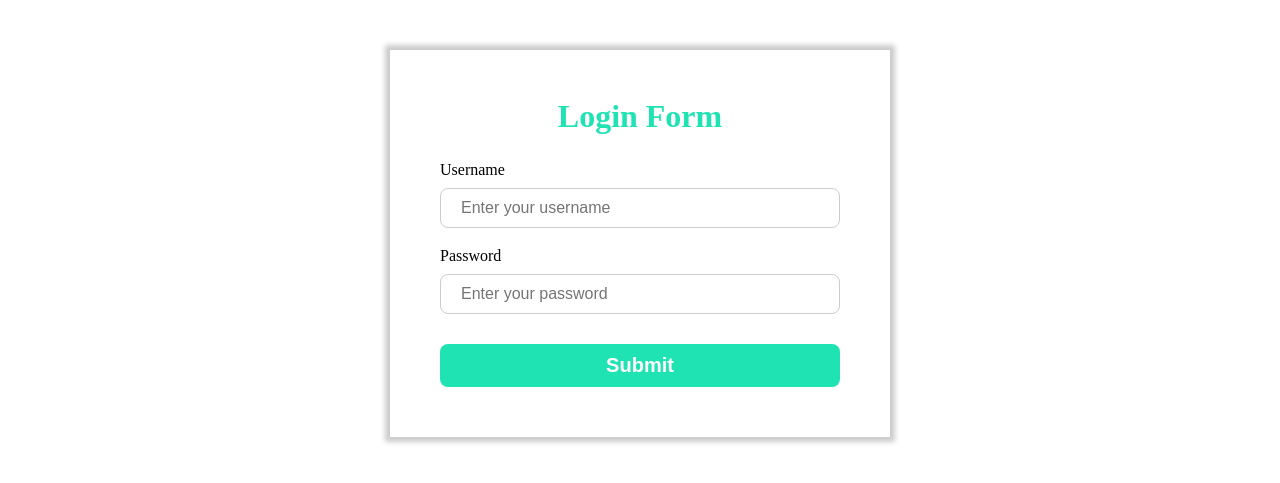
Repository: Trung0810/btl_cnpm_fe
Page: /
These files come from the project's save history. The page is drawn as it stood at one moment and after the next save; the edit follows.
The browser window is 1280 px wide. The pictures show the whole page.
The project was rebuilt for these pictures with package versions that can differ from the ones it lists, and the page was loaded fresh each time. Also part of the build but not shown: src/components/header/header.css, src/components/header/Header.js, src/components/footer/Footer.css, src/components/footer/Footer.js, src/components/shoes_list/ShoesCard.css, src/components/shoes_list/ShoesCard.js, src/components/shoes_list/ShoesList.css, src/components/shoes_list/ShoesList.js and 14 more.

Above is the page before, as saved 2026-03-31 09:13:12.

### public/index.html
<!doctype html>
<html lang="en">
  <head>
    <meta charset="utf-8" />
    <link rel="icon" href="%PUBLIC_URL%/favicon.ico" />
    <meta name="viewport" content="width=device-width, initial-scale=1" />
    <meta name="theme-color" content="#000000" />
    <meta
      name="description"
      content="Web site created using create-react-app"
    />
    <link rel="apple-touch-icon" href="%PUBLIC_URL%/logo192.png" />
    <!--
      manifest.json provides metadata used when your web app is installed on a
      user's mobile device or desktop. See https://developers.google.com/web/fundamentals/web-app-manifest/
    -->
    <link rel="manifest" href="%PUBLIC_URL%/manifest.json" />
    <!--
      Notice the use of %PUBLIC_URL% in the tags above.
      It will be replaced with the URL of the `public` folder during the build.
      Only files inside the `public` folder can be referenced from the HTML.

      Unlike "/favicon.ico" or "favicon.ico", "%PUBLIC_URL%/favicon.ico" will
      work correctly both with client-side routing and a non-root public URL.
      Learn how to configure a non-root public URL by running `npm run build`.
    -->
    <link rel="preconnect" href="https://fonts.googleapis.com" />
    <link rel="preconnect" href="https://fonts.gstatic.com" crossorigin />
    <link
      href="https://fonts.googleapis.com/css2?family=DM+Sans:ital,opsz,wght@0,9..40,100..1000;1,9..40,100..1000&family=Oswald:wght@200..700&display=swap"
      rel="stylesheet"
    />
    <title>React App</title>
  </head>
  <body>
    <noscript>You need to enable JavaScript to run this app.</noscript>
    <div id="root"></div>
    <!--
      This HTML file is a template.
      If you open it directly in the browser, you will see an empty page.

      You can add webfonts, meta tags, or analytics to this file.
      The build step will place the bundled scripts into the <body> tag.

      To begin the development, run `npm start` or `yarn start`.
      To create a production bundle, use `npm run build` or `yarn build`.
    -->
  </body>
</html>

### src/index.js
import React from "react";
import ReactDOM from "react-dom/client";
import App from "./App";
import reportWebVitals from "./reportWebVitals";
import "./index.css";
import "./reset.css";
import "@fortawesome/fontawesome-free/css/all.min.css";

const root = ReactDOM.createRoot(document.getElementById("root"));
root.render(
  <React.StrictMode>
    <App />
  </React.StrictMode>,
);

// If you want to start measuring performance in your app, pass a function
// to log results (for example: reportWebVitals(console.log))
// or send to an analytics endpoint. Learn more: https://bit.ly/CRA-vitals
reportWebVitals();

### src/App.js
import { Fragment } from "react";
import Header from "./components/header/Header";
import Footer from "./components/footer/Footer";
import HomePage from "./components/home_page/HomePage";
import ShoesPage from "./components/shoes_page/ShoesPage";
import LoginForm from "./components/login_form/LoginForm";
import "./App.css";

function App() {
  return (
    <Fragment>
      {/* <Header></Header>
      <HomePage></HomePage>
      <ShoesPage></ShoesPage>
      <Footer></Footer> */}
      <LoginForm></LoginForm>
    </Fragment>
  );
}

export default App;

### src/index.css
body {
  margin: 0;
  font-family:
    -apple-system, BlinkMacSystemFont, "Segoe UI", "Roboto", "Oxygen", "Ubuntu",
    "Cantarell", "Fira Sans", "Droid Sans", "Helvetica Neue", sans-serif;
  -webkit-font-smoothing: antialiased;
  -moz-osx-font-smoothing: grayscale;
  font-family: "DM Sans", sans-serif;
}
body::-webkit-scrollbar {
  display: none;
}
code {
  font-family:
    source-code-pro, Menlo, Monaco, Consolas, "Courier New", monospace;
}
* {
  box-sizing: border-box;
}

### src/components/login_form/LoginForm.js
import React from "react";
import { useForm } from "react-hook-form";
import { yupResolver } from "@hookform/resolvers/yup";
import * as yup from "yup";
import "./LoginForm.css";

const LoginForm = () => {
  const schema = yup.object({
    username: yup
      .string()
      .required("Please enter your user name!")
      .min(8, "Must be at least 8 characters!")
      .max(16, "Must be at most 16 characters!"),
    password: yup.string().required(),
  });

  const {
    register,
    handleSubmit,
    formState: { errors, isValid },
  } = useForm({
    mode: "onChange",
    resolver: yupResolver(schema),
  });

  const submit = (values) => {
    console.log(values);
  };

  return (
    <form className="login-form" onSubmit={handleSubmit(submit)}>
      <h2 className="login-form-title">Login Form</h2>
      <div className="login-form-wrapper">
        <label htmlFor="username">Username</label>
        <input
          type="text"
          id="username"
          className="login-form-input"
          placeholder="Enter your username"
          {...register("username")}
        />
        {errors.username && (
          <div className="login-form-error">{errors.username.message}</div>
        )}
      </div>
      <div className="login-form-wrapper">
        <label htmlFor="password">Password</label>
        <input
          type="text"
          id="password"
          className="login-form-input"
          placeholder="Enter your password"
          {...register("password")}
        />
        {errors.password && (
          <div className="login-form-error">{errors.password.message}</div>
        )}
      </div>
      <button
        type="submit"
        className="login-form-button"
        style={{ pointerEvents: isValid ? "" : "none" }}
      >
        Submit
      </button>
    </form>
  );
};

export default LoginForm;

### src/App.css
input {
  display: block;
  height: 40px;
  font-size: 16px;
  padding: 10px 20px;
  border: 1px solid #ccc;
  border-radius: 8px;
  outline: none;
}
button {
  display: block;
  width: 200px;
  padding: 10px 30px;
  font-size: 24px;
  font-weight: 500;
  border-radius: 8px;
  border: none;
  outline: none;
  cursor: pointer;
}

### src/components/login_form/LoginForm.css
.login-form {
  width: 500px;
  padding: 50px;
  margin: 50px auto;
  box-shadow: 0 0 5px 5px #ccc;
}
.login-form-title {
  font-size: 32px;
  font-weight: bold;
  color: #20e3b4;
  text-align: center;
  margin-bottom: 30px;
}
.login-form div label {
  display: block;
  margin-bottom: 10px;
  cursor: pointer;
}
.login-form-input {
  display: block;
  width: 100%;
  height: 40px;
  font-size: 16px;
  padding: 10px 20px;
  border: 1px solid #ccc;
  border-radius: 8px;
  outline: none;
  margin-bottom: 20px;
}
.login-form-error {
  font-weight: 500;
  color: #de4242;
  margin-top: -20px;
  margin-bottom: 20px;
}
.login-form-radio {
  margin-bottom: 20px;
}
.login-form-button {
  width: 100%;
  background-color: #20e3b4;
  font-size: 20px;
  font-weight: bold;
  color: #fff;
  margin-top: 30px;
}

Loaded but not shown: src/reportWebVitals.js (common file); src/reset.css (common file)

After the next save:
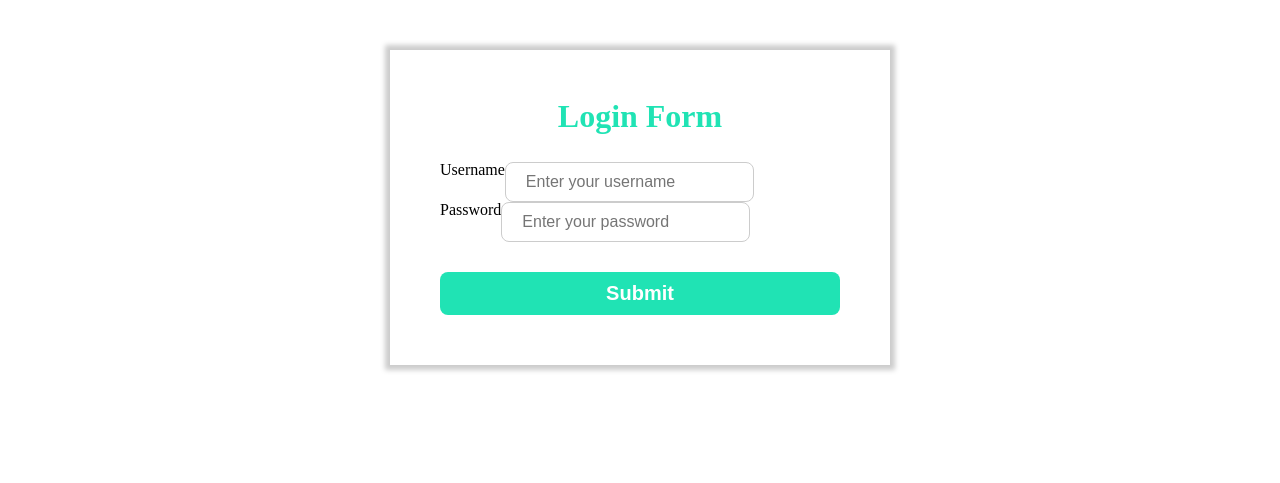
Saved 92 s later.
--- a/src/components/login_form/LoginForm.css
+++ b/src/components/login_form/LoginForm.css
@@ -11,21 +11,8 @@
   text-align: center;
   margin-bottom: 30px;
 }
-.login-form div label {
-  display: block;
-  margin-bottom: 10px;
-  cursor: pointer;
-}
-.login-form-input {
-  display: block;
-  width: 100%;
-  height: 40px;
-  font-size: 16px;
-  padding: 10px 20px;
-  border: 1px solid #ccc;
-  border-radius: 8px;
-  outline: none;
-  margin-bottom: 20px;
+.login-form-wrapper {
+  display: flex;
 }
 .login-form-error {
   font-weight: 500;
